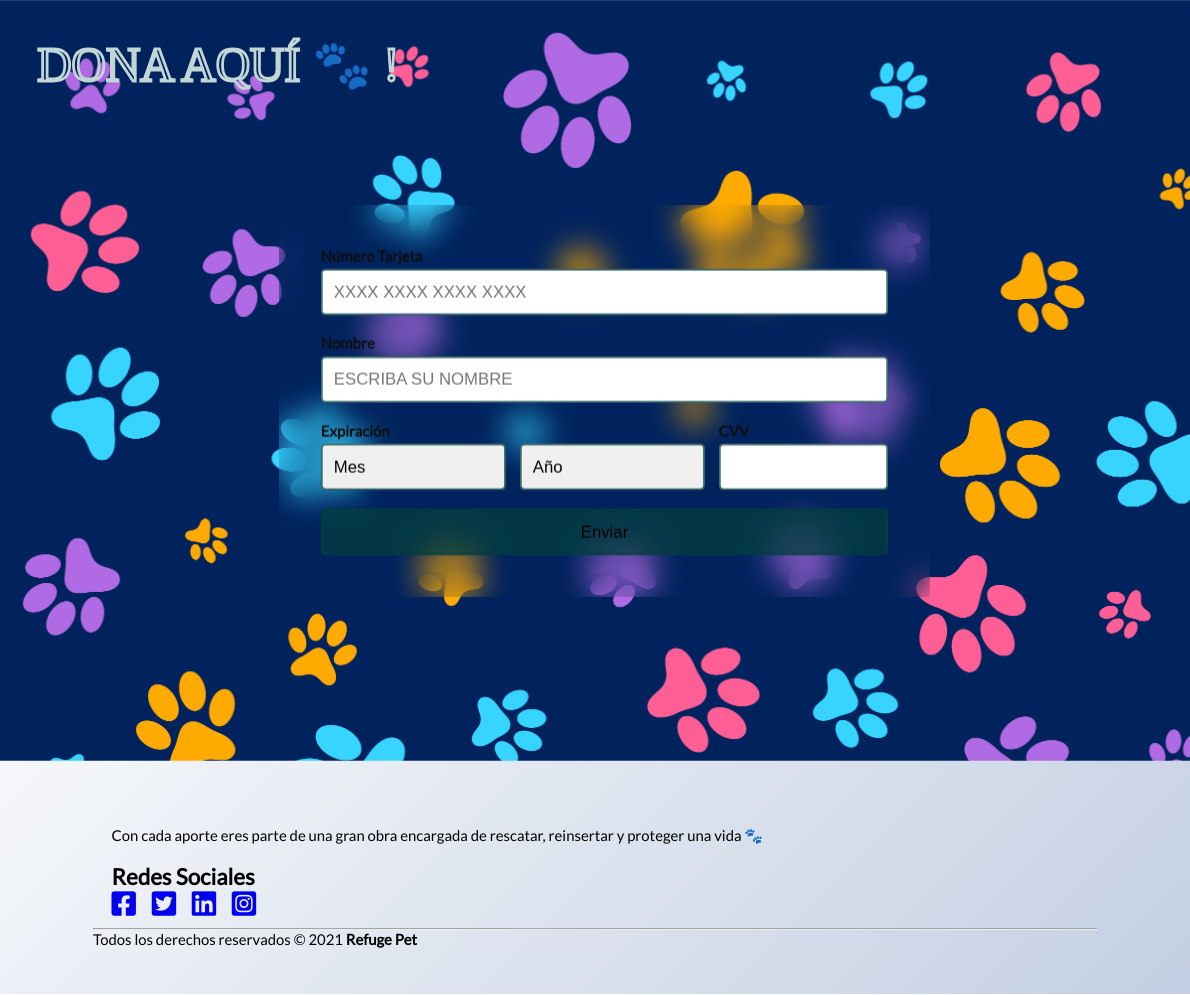
Repository: andreasvidal/SCL019-card-validation
Page: src/views/cardvalidation.html
An editor plug-in stored every save of this project. The page is shown before and after the next save, followed by the edit.
The browser window is 1280 px wide. The pictures show the whole page, at 93% of full size.
Some web fonts or font styles are not loaded; a fallback is used. Some web libraries are served in a nearby version.

Above is the page before, as saved 2022-04-13 09:45:47.

### src/views/cardvalidation.html
<!DOCTYPE html>
<html lang="en">

<head>
    <meta charset="UTF-8" />
    <meta http-equiv="X-UA-Compatible" content="IE=edge" />
    <meta name="viewport" content="width=device-width, initial-scale=1.0" />
    <link rel="preconnect" href="https://fonts.googleapis.com" />
    <link rel="preconnect" href="https://fonts.gstatic.com" crossorigin />
    <link href="https://fonts.googleapis.com/css2?family=Lato:ital,wght@0,400;1,700&display=swap" rel="stylesheet" />
    <link rel="preconnect" href="https://fonts.googleapis.com" />
    <link rel="preconnect" href="https://fonts.gstatic.com" crossorigin />
    <link href="https://fonts.googleapis.com/css2?family=Hurricane&family=Lato:ital,wght@1,700&display=swap" rel="stylesheet" />
    <link rel="stylesheet" href="https://use.fontawesome.com/releases/v5.8.1/css/all.css" integrity="sha384-50oBUHEmvpQ+1lW4y57PTFmhCaXp0ML5d60M1M7uH2+nqUivzIebhndOJK28anvf" crossorigin="anonymous" />
    <link rel="stylesheet" href="../css/formstyle.css" />
    <link rel="stylesheet" href="../css/style.css" />
    <title>Formulario</title>
</head>

<!--contenido principal formulario-->

<body>
    <div class="subtitle">
        <p class="subtitle">DONA AQUÍ 🐾 !</p>
    </div>
    <form id="formValidation" class="form-validation">
        <div class="bg-blur">
            <div class="data-card" id="dataForm">
                <label for="inputNumber">Número Tarjeta</label>
                <input type="text" id="inputNumber" name="number" maxlength="16" autocomplete="off" pattern="[0-9]+" placeholder="XXXX XXXX XXXX XXXX" required />
                <h5 id="print"></h5>
            </div>
            <div class="data-card">
                <label for="inputNameUser">Nombre </label>
                <input type="text" id="inputNameUser" name="nameUser" placeholder="Escriba su nombre" required />
                <h5 id="print"></h5>
            </div>
            <!--datos expiración tarjeta-->
            <div class="flexbox">
                <div class="data-card expider-date">
                    <label for="monthSelect">Expiración</label>
                    <div class="flexbox">
                        <div class="data-card-select">
                            <select name="monthSelect" id="monthSelect" required>
                <option disabled selected>Mes</option>
                <option value="1">1</option>
                <option value="2">2</option>
                <option value="3">3</option>
                <option value="4">4</option>
                <option value="5">5</option>
                <option value="6">6</option>
                <option value="7">7</option>
                <option value="8">8</option>
                <option value="9">9</option>
                <option value="10">10</option>
                <option value="11">11</option>
                <option value="12">12</option>
              </select>
                        </div>
                        <div class="data-card-select">
                            <select name="yearSelect" id="yearSelect" required>
                <option disabled selected>Año</option>
                <option value="2">2014</option>
                <option value="5">2015</option>
                <option value="6">2016</option>
                <option value="7">2017</option>
                <option value="8">2018</option>
                <option value="9">2019</option>
                <option value="10">2020</option>
                <option value="11">2021</option>
                <option value="12">2022</option>
              </select>
                        </div>
                    </div>
                </div>
                <div class="data-card ccv">
                    <label for="inputCcv">CVV</label>
                    <input type="text" id="inputCcv" name="inputCcv" maxlength="3" required />
                </div>
            </div>
            <button type="submit" value="sendForm" class="btn-send" id="sendForm">
        Enviar
      </button>
        </div>
    </form>
    <footer>
        <div class="container__footer">
            <div class="box__footer">
                <div class="terms">
                    <p>
                        Con cada aporte eres parte de una gran obra encargada de rescatar, reinsertar y proteger una vida 🐾
                    </p>
                </div>
            </div>
            <div class="box__footer">
                <h2>Redes Sociales</h2>
                <a href="#"> <i class="fab fa-facebook-square"></i></a>
                <a href="#"><i class="fab fa-twitter-square"></i></a>
                <a href="#"><i class="fab fa-linkedin"></i></a>
                <a href="#"><i class="fab fa-instagram-square"></i></a>
            </div>
        </div>
        <div class="box__copyright">
            <hr />
            <p>Todos los derechos reservados © 2021 <b>Refuge Pet</b></p>
        </div>
    </footer>
    <!-- jQuery-->
    <script src="https://ajax.googleapis.com/ajax/libs/jquery/3.6.0/jquery.min.js"></script>
    <!--materialize -->
    <!--JS-->
    <script src="../js/index.js" type="module"></script>
</body>

</html>

### src/css/formstyle.css
* {
    padding: 0;
    margin: 0;
    box-sizing: border-box;
}

body {
    font-family: 'Lato', 'sans-serif';
    background-image: url(../assets/img/fondopatas.jpg);
    background-size: cover;
    background-repeat: no-repeat;
}


/*estilos formulario validacion*/

.form-validation {
    color: beige;
    width: 100%;
    max-width: 700px;
    margin-left: 300px;
    border-radius: 10px;
    position: relative;
    top: 80px;
    z-index: 1;
}

.bg-blur {
    backdrop-filter: blur(1rem);
    width: 100%;
    padding: 45px;
}

.form-validation label {
    display: block;
    color: rgb(15, 15, 15);
    margin-bottom: 5px;
    font-size: 1rem;
    font-weight: 700;
}

.form-validation input,
.form-validation select,
.btn-send {
    border: 2px solid rgba(4, 63, 63, 0.753);
    font-size: 18px;
    height: 50px;
    width: 100%;
    padding: 5px 12px;
    border-radius: 5px;
}

.form-validation input:hover,
.form-validation select:hover {
    border: 2px solid rgb(23, 24, 24);
}

.form-validation input:focus,
.form-validation select:focus {
    outline: rgb(173, 182, 182);
    box-shadow: 0 8px 8px 0 rgba(32, 38, 46, 0.3);
}

.form-validation input {
    margin-bottom: 20px;
    text-transform: uppercase;
}

.form-validation .flexbox {
    display: flex;
    justify-content: space-between;
}

.form-validation .expider-date {
    width: 100%;
}

.form-validation .ccv {
    min-width: 10px;
}

.form-validation .data-card-select {
    width: 100%;
    margin-right: 15px;
    position: relative;
}

.form-validation select {
    -webkit-appearance: none;
}


/*backgrond btn enviar*/

.btn-send {
    background: rgba(4, 63, 63, 0.753);
    ;
}

#print {
    color: rgb(38, 41, 41);
    font-size: 16px;
}


/*footer*/

.terms {
    height: 30px;
    margin-bottom: 50px;
}

footer {
    width: 100%;
    padding: 50px 100px;
    margin-top: 20%;
    background-size: cover;
    /*background: rgb(58, 89, 180);*/
    background-image: linear-gradient(135deg, #f5f7fa 0%, #c3cfe2 100%);
}

.box__footer {
    padding: 20px;
    height: 10px;
}

.fab {
    padding-right: 40px;
    width: 20px;
    height: 20px;
    font-size: 30px;
}

.box__copyright {
    padding-top: 50px;
}

### src/css/style.css
 * {
     padding: 0;
     margin: 0;
     box-sizing: border-box;
 }

 body {
     font-family: 'Lato', 'sans-serif';
     background-image: url(../assets/img/fondopatas.jpg);
 }
 /*estilo titulo*/

 .title-h1 {
     font-family: 'Raleway', sans-serif;
     text-decoration: underline overline wavy rgba(183, 0, 255, 0.514);
     padding: 40px 100px;
     color: rgb(74, 80, 80);
     display: flex;
     flex-direction: column;
     align-items: center;
     box-shadow: 0 10px 10px 0 rgba(90, 116, 148, 0.3);
     background-image: linear-gradient(135deg, #f5f7fa 0%, #c3cfe2 100%);
     font-size: 8vw;
 }

 .subtitle {
     font-family: 'Shadows Into Light', cursive;
     padding: 20px 20px;
     color: rgb(74, 80, 80);
     font-size: 4vw;
     -webkit-text-fill-color: transparent;
     -webkit-text-stroke: 3px rgb(195, 214, 214);
 }

 .img-banner {
     display: flex;
     height: 500px;
     z-index: -1;
     flex-direction: row;
     margin-left: 50px;
     align-items: center;
     margin-bottom: -50px;
     border-radius: 15px;
 }
 /*contenedor tarjeta*/

 .container {
     width: 90%;
     max-width: 1000px;
     padding: 20px 60px;
     margin: auto;
     display: flex;
     /* deja los elementos en forma de columna*/
     flex-direction: column;
     /*align-items no sirve para centrar de forma vertical (se utiliza justify), se utiliza al cambiar la dirección con flex-direction*/
     align-items: center;
 }
 /*estilo tarjeta*/

 .card {
     padding-top: 30px;
     width: 100%;
     max-width: 550px;
     position: relative;
     color: rgb(37, 36, 36);
     cursor: pointer;
 }

 .card>div {
     padding: 30px;
     border-radius: 15px;
     min-height: 315px;
     display: flex;
     flex-direction: column;
     justify-content: space-between;
     box-shadow: 0 10px 10px 0 rgba(90, 116, 148, 0.822);
 }

 .style-card {
     width: 100%;
     background: url(../assets/img/background-card/bg-img-2.jpg);
     background-size: cover;
 }
 /*para mantener el espeacio de la imagen logo (contenedor vacio)*/

 .style-card .logo-card {
     text-align: right;
     min-height: 50px;
 }

 .style-card .logo-card img {
     width: 100%;
     height: 100%;
     object-fit: cover;
     max-width: 80px;
 }

 .style-card .chip-card {
     width: 100%;
     max-width: 50px;
     margin-bottom: 20px;
 }

 .style-card .form-group .card-label {
     font-size: 16px;
     color: rgb(115, 131, 131);
     margin-bottom: 5px;
 }

 .style-card .card-group .number-card,
 .style-card .card-group .name-card,
 .style-card .card-group .expider {
     /*color: rgb(74, 80, 80);*/
     font-size: 22px;
     text-transform: uppercase;
 }

 .style-card .flexbox {
     display: flex;
     justify-content: space-between;
     margin-top: 20px;
 }
 /*btn abrir formulario*/

 .btn-open {
     color: rgb(195, 214, 214);
     box-shadow: 0 10px 10px 0 rgba(90, 116, 148, 0.3);
     background: rgba(183, 0, 255, 0.514);
     width: 50px;
     height: 50px;
     margin-top: -10px;
     border-radius: 100%;
     z-index: 2;
 }

 .btn-open:hover {
     opacity: 0.50;
     -moz-opacity: .50;
     filter: alpha (opacity=50);
 }

 .btn-open {
     text-decoration: none;
     padding-top: 15px;
     text-align: center;
 }
 /*footer*/

 .terms {
     height: 30px;
     margin-bottom: 50px;
 }

 footer {
     width: 100%;
     padding: 50px 100px;
     margin-top: 20%;
     background-size: cover;
     /*background: rgb(58, 89, 180);*/
     background-image: linear-gradient(135deg, #f5f7fa 0%, #c3cfe2 100%);
     box-shadow: 0 10px 10px 0 rgba(90, 116, 148, 0.3);
 }

 .box__footer {
     padding: 20px;
     height: 10px;
 }

 .fab {
     padding-right: 40px;
     width: 20px;
     height: 20px;
     font-size: 30px;
 }

 .box__copyright {
     padding-top: 50px;
 }

### src/js/index.js
/*import validator from '../js/validator.js';

//Llamando al DOM

const btnForm = document.getElementById("sendForm");
const form = document.getElementById("#formValidation");
btnForm.addEventListener('click', function(e) {
    e.preventDefault();
    let creditCardNumber = document.getElementById('inputNumber').value;
    let maskified = validator.maskify(creditCardNumber);
    if (creditCardNumber === "") {
        return document.getElementById("print").innerHTML = "Reingrese su número de tarjeta sin espacios ni carácteres especiales";
    } else {
        return document.getElementById("print").innerHTML = "Tu tarjeta N° " + maskified + " es válida";
    }
})


// inputName solo letras, inputCcv y inputNumber  solo numeros
let inputNumber = document.getElementById('inputNumber');
let inputName = document.getElementById('inputNameUser');
let inputCcv = document.getElementById('inputCcv');

const onlyNum = /[^0-9]/g;
const onlypLet = /[^a-zA-ZÑñáéíóúÁÉÍÓÚ\s]*$/g;
inputNumber.addEventListener('input', function() {
    inputNumber.value = inputNumber.value.replace(onlyNum, '');
});
inputName.addEventListener('input', function() {
    inputName.value = inputName.value.replace(onlypLet, '');
});
inputCcv.addEventListener('input', function() {
    inputCcv.value = inputCcv.value.replace(onlyNum, '');
});

// mes y años
for (let i = 1; i <= 12; i++) {
    let optionDate = document.createElement('option');
    optionDate.value = i;
    optionDate.innerText = i;
    form.monthSelect.appendChild(optionDate);
}

// * Select del año generado dinamicamente.
const yearActual = new Date().getFullYear();
for (let i = yearActual; i <= yearActual + 8; i++) {
    let optionDate = document.createElement('option');
    optionDate.value = i;
    optionDate.innerText = i;
    optionDate.selectYear.appendChild(optionDate);
}*/

After the next save:
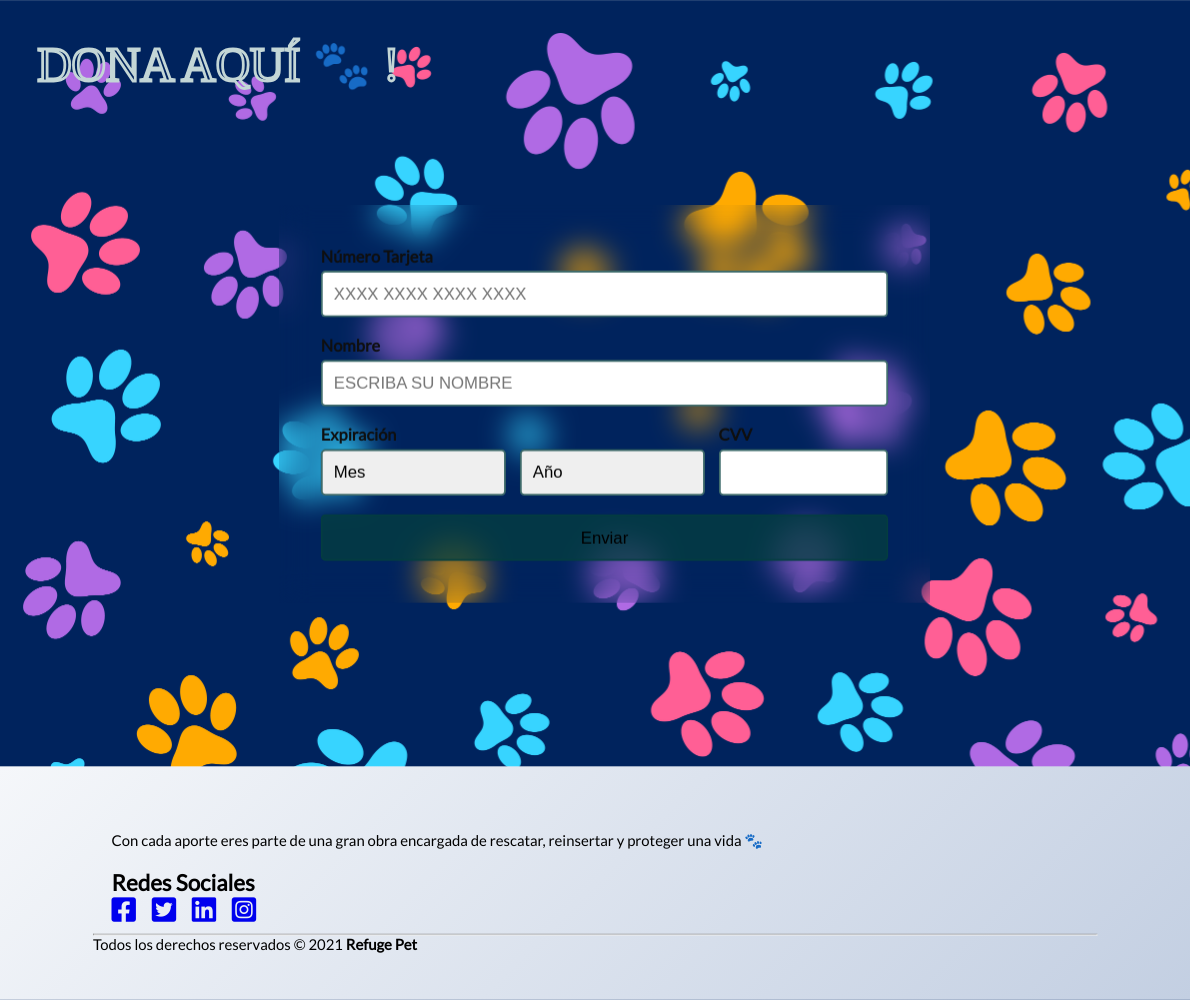
Saved 8 s later.
--- a/src/css/formstyle.css
+++ b/src/css/formstyle.css
@@ -35,7 +35,7 @@ body {
     display: block;
     color: rgb(15, 15, 15);
     margin-bottom: 5px;
-    font-size: 1rem;
+    font-size: 1.1rem;
     font-weight: 700;
 }
 
